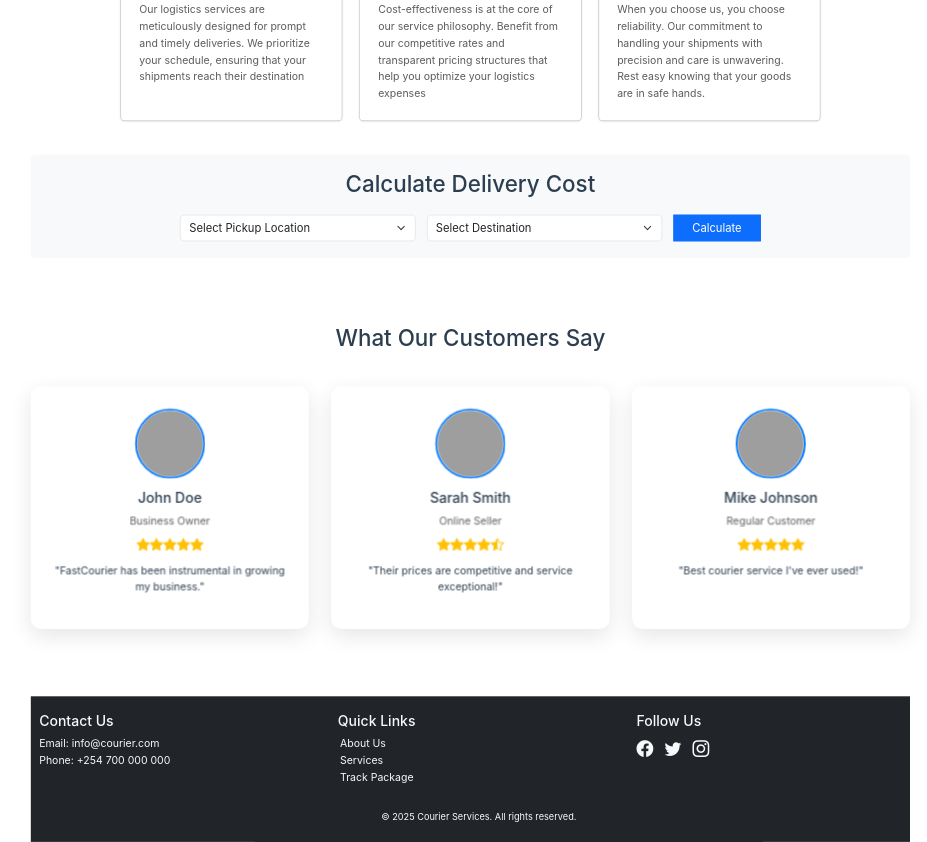
Repository: stancillous/package-yangu-logistics
Page: /
These files come from the project's save history. The page is drawn as it stood at one moment and after a run of saves; the edit follows.
The browser window is 1280 px wide. The page is 1324 px wide, so the pictures cover 1324 px, including what lies to the right of the window. The pictures show the part of the page from y = 984 to 2824 px (the page is 2187 px tall before and 2872 px after), at 70% of full size.
Pictures or frames that could not be fetched are drawn as grey boxes. The project was rebuilt for these pictures with package versions that can differ from the ones it lists, and the page was loaded fresh each time. Also part of the build but not shown: vite.config.ts.

Above is the page before, as saved 2025-01-31 14:19:46.

After the next 4 saves:
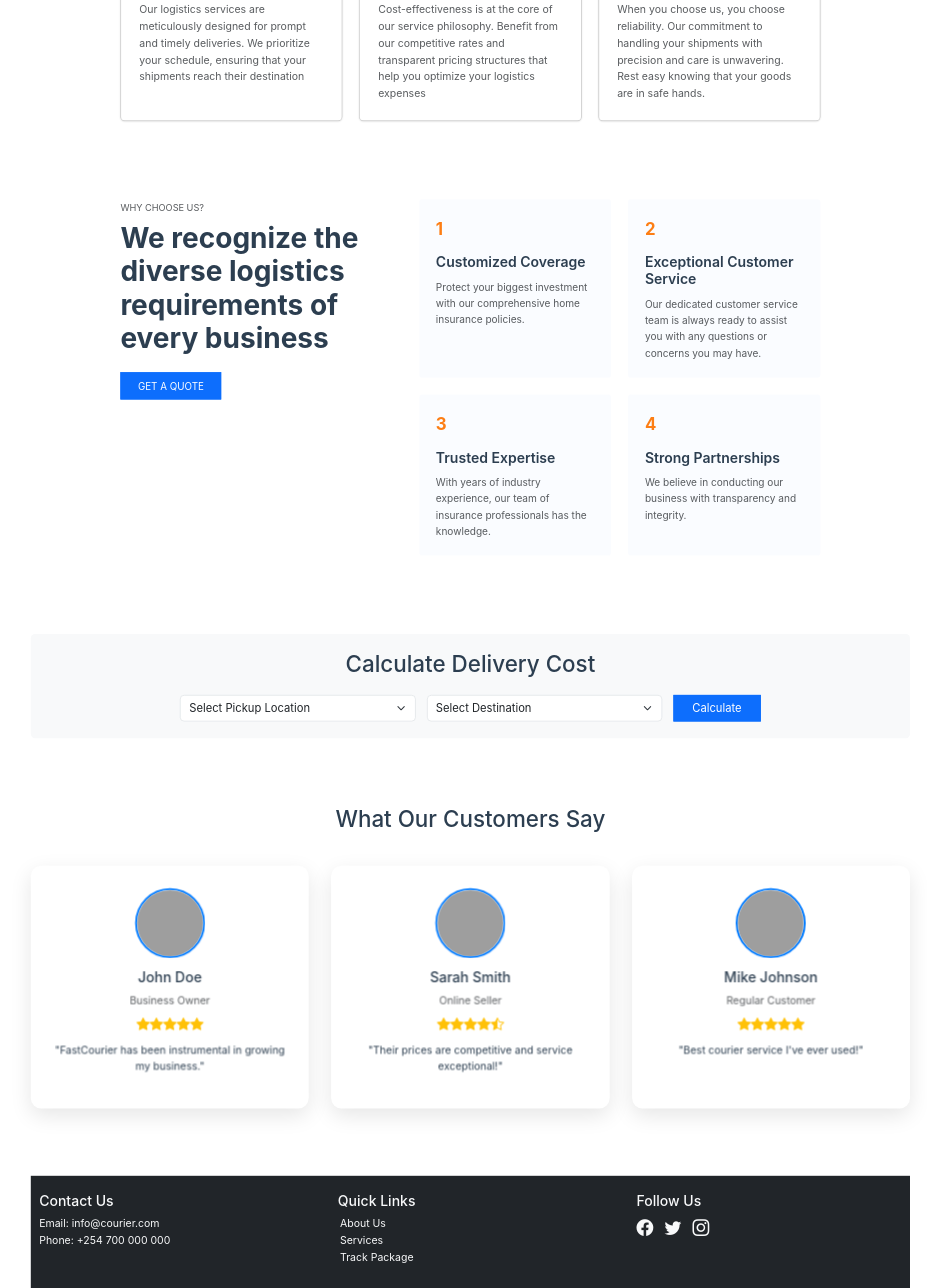
The 4 saves are shown as one change because they came seconds apart.
The last was saved 2 min 48 s later.
--- a/src/views/Index.vue
+++ b/src/views/Index.vue
@@ -69,9 +69,39 @@
         </div>
 
         <!-- why choose us -->
-         <div>
-
-         </div>
+        <div class="why-choose-us section-wrp my-5">
+            <div class="row">
+                <div class="col-lg-5">
+                    <small class="text-muted text-uppercase d-inline-block mb-2">why choose us?</small>
+                    <h2 class="fw-bold display-6 mb-4">We recognize the diverse logistics requirements of every business</h2>
+                    <button class="btn btn-primary btn-sm px-4 py-2 text-uppercase">Get a quote</button>
+                </div>
+                <div class="col-lg-7">
+                    <div class="features-grid">
+                        <div class="feature-item">
+                            <div class="feature-number">1</div>
+                            <h5>Customized Coverage</h5>
+                            <p class="text-muted">Protect your biggest investment with our comprehensive home insurance policies.</p>
+                        </div>
+                        <div class="feature-item">
+                            <div class="feature-number">2</div>
+                            <h5>Exceptional Customer Service</h5>
+                            <p class="text-muted">Our dedicated customer service team is always ready to assist you with any questions or concerns you may have.</p>
+                        </div>
+                        <div class="feature-item">
+                            <div class="feature-number">3</div>
+                            <h5>Trusted Expertise</h5>
+                            <p class="text-muted">With years of industry experience, our team of insurance professionals has the knowledge.</p>
+                        </div>
+                        <div class="feature-item">
+                            <div class="feature-number">4</div>
+                            <h5>Strong Partnerships</h5>
+                            <p class="text-muted">We believe in conducting our business with transparency and integrity.</p>
+                        </div>
+                    </div>
+                </div>
+            </div>
+        </div>
 
         <!-- Delivery Calculator -->
         <div class="calculator-section my-5 py-4 bg-light rounded">
@@ -330,4 +360,46 @@
           grid-template-columns: 1fr;
       }
   }
+
+.why-choose-us {
+    padding: 4rem 0;
+}
+
+.features-grid {
+    display: grid;
+    grid-template-columns: repeat(2, 1fr);
+    gap: 1.5rem;
+}
+
+.feature-item {
+    background: rgba(13, 110, 253, 0.02);
+    padding: 1.5rem;
+    border-radius: 4px;
+    transition: all 0.3s ease;
+}
+
+.feature-number {
+    color: #fd7e14;
+    font-size: 1.5rem;
+    font-weight: bold;
+    margin-bottom: 1rem;
+}
+
+.feature-item h5 {
+    margin-bottom: 0.75rem;
+    font-weight: 600;
+}
+
+.feature-item p {
+    font-size: 0.9rem;
+    line-height: 1.6;
+    margin-bottom: 0;
+}
+
+@media (max-width: 992px) {
+    .features-grid {
+        grid-template-columns: 1fr;
+        margin-top: 2rem;
+    }
+}
   </style>
